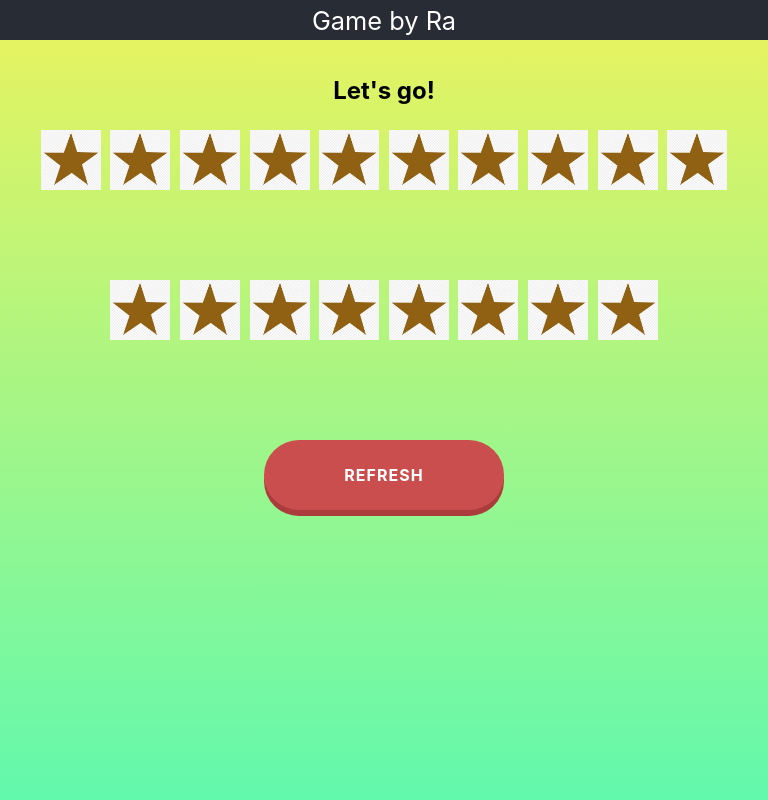
Repository: Sergioramasano/ramos-game
Page: /
The author's editor kept a copy of each file at every save. The page is drawn from the files as they stood at one save, then again after the next save.
The browser window is 768 px wide. The pictures show the whole page.
The project was rebuilt for these pictures with package versions that can differ from the ones it lists, and the page was loaded fresh each time.

Above is the page before, as saved 2021-02-12 09:57:15.

After the next save:
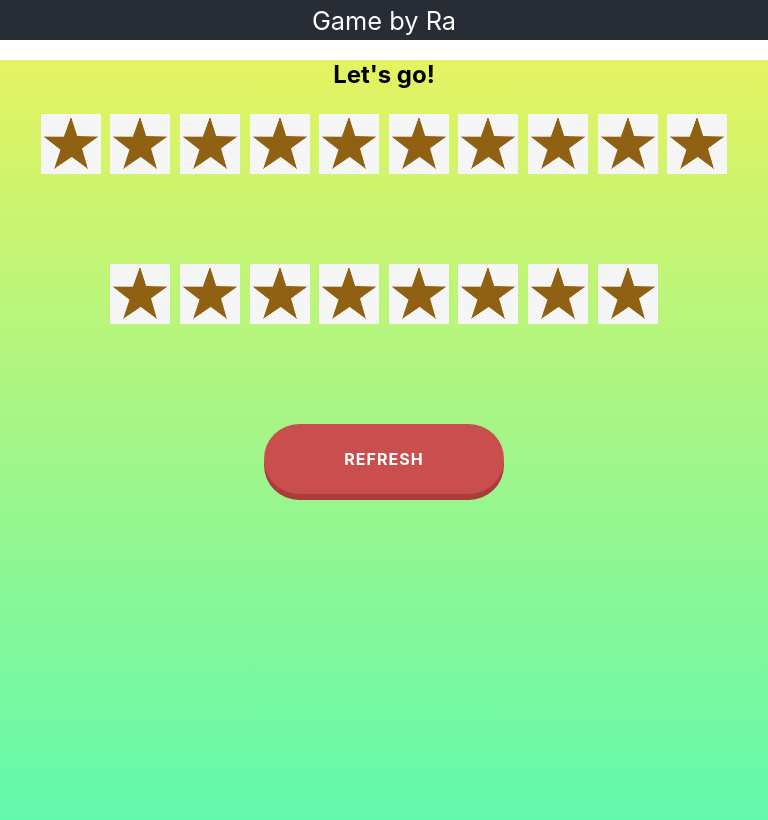
Saved 8 s later.
--- a/src/components/GameBox/Gamebox.module.css
+++ b/src/components/GameBox/Gamebox.module.css
@@ -31,7 +31,7 @@
   }
 
   .gamebox {
-    padding: 1rem;
+    padding: 0rem;
   }
 }
 

After the save that followed:
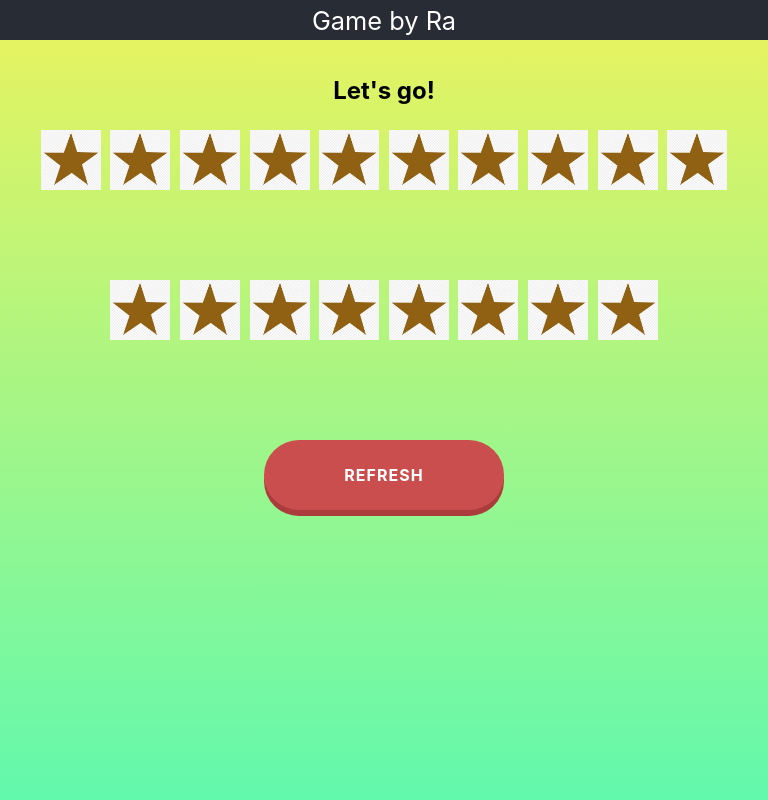
Saved 10 s later.
--- a/src/components/GameBox/Gamebox.module.css
+++ b/src/components/GameBox/Gamebox.module.css
@@ -31,7 +31,7 @@
   }
 
   .gamebox {
-    padding: 0rem;
+    padding: 1rem 0rem;
   }
 }
 
